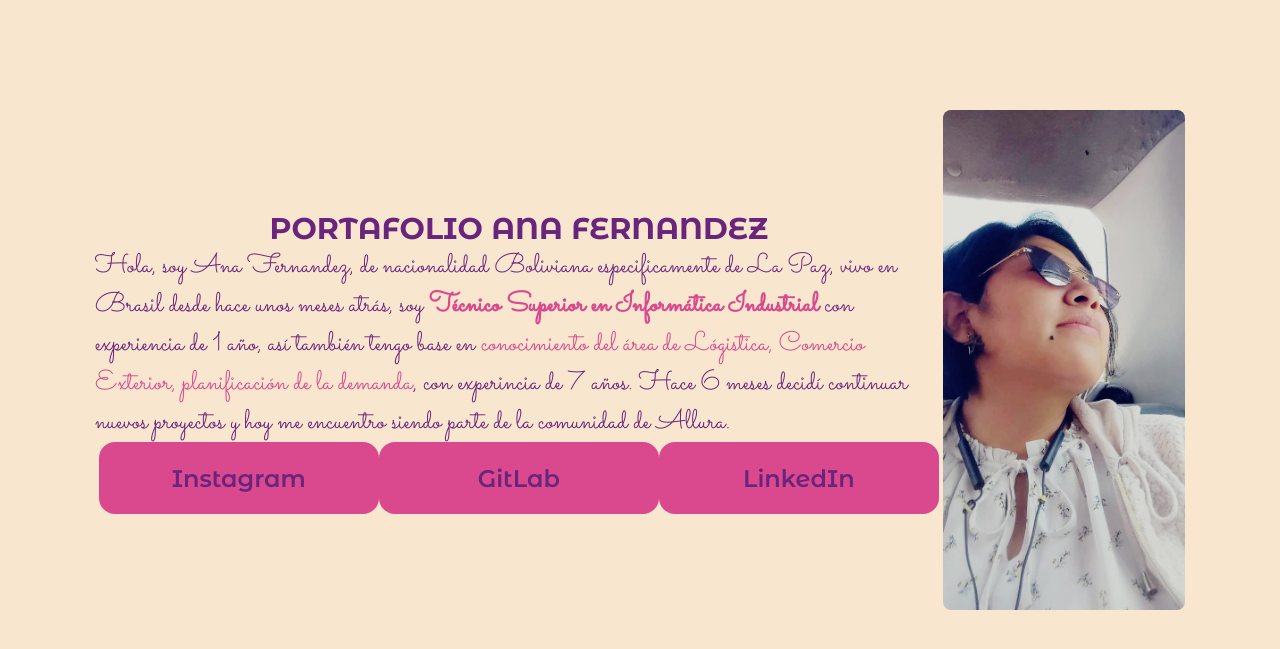
Repository: AnaFzCz/PROYECTOS-HTML---CSS2
Page: Portafolio/index.html
The author's editor kept a copy of each file at every save. The page is drawn from the files as they stood at one save, then again after the next save.
The browser window is 1280 px wide. The pictures show the whole page.

Above is the page before, as saved 2025-01-27 05:39:36.

### Portafolio/index.html
<!DOCTYPE html>
<html lang="en">

<head>
    <meta charset="UTF-8">
    <meta http-equiv="X-UA-Compatible" content="IE=edge">
    <meta name="viewport" content="width=device-width, initial-scale=1.0">
    <title>Portafolio</title>
    <link rel="stylesheet" href="style.css">
</head>

<body>
    <header>

    </header>
    <main class="presentacion">
        <div class="container">
            <h1 class="presentacion_titulo">PORTAFOLIO ANA FERNANDEZ</h1>
            <p class="presentacion_parrafo">Hola, soy Ana Fernandez, de nacionalidad Boliviana especificamente de La
                Paz, vivo en Brasil desde hace
                unos meses atrás, soy <strong class="destacar">Técnico Superior en Informática Industrial</strong> con
                experiencia de 1 año, así también tengo base en <span>conocimiento del área de Lógistica, Comercio
                    Exterior, planificación de la demanda</span>, con experincia de 7 años. Hace 6 meses decidí
                continuar nuevos proyectos y hoy me encuentro siendo parte de la comunidad de Allura.</p>

            <div class="presentacion_links">
                <a class="presentacion_links_link" href="https://instagram.com/anafzcz">Instagram</a>
                <a class="presentacion_links_link" href="https://github.com/AnaFzCz">GitLab</a>
                <a class="presentacion_links_link" href="https://linkedin.com/in/ana-fernandez-cruz-238787124">LinkedIn</a>
            </div>
        </div>
        <img src="mindfullness.jpg" alt="myself" style="width:250px;height: 500px;">
    </main>
    <footer></footer>
</body>

</html>

### Portafolio/style.css
@import url('https://fonts.googleapis.com/css2?family=Montserrat+Alternates:ital,wght@0,100;0,200;0,300;0,400;0,500;0,600;0,700;0,800;0,900;1,100;1,200;1,300;1,400;1,500;1,600;1,700;1,800;1,900&family=Montserrat:ital,wght@0,100..900;1,100..900&family=Sacramento&display=swap');
/*Resetear configuraciones*/
* {
  margin: 0;
  padding: 0;
}

body {
  height: 100vh;
  display: flex;
  box-sizing: border-box;
  justify-content: center;
  align-items: center;
  background-color: #F9E6CF;
  color: #69247C;
  font-family: "Montserrat Alternates", serif;
}

.destacar {
  color: #DA498D;
}

/*contenedor de las columnas*/
.presentacion {
  margin: 10% 15%;
  display: flex;
  align-items: center;
  justify-content: space-between;

}

.container {
  display: flex;
  align-items: center;
  height: 300px;
  weight: 615px;
  flex-direction: column;
  ;
  /* Altura ajustável conforme necessário */
}

.responsivo-container {
  display: flex;
  flex-direction: row;
  flex-wrap: wrap;
}

span {
  color: #DA498D;
}

.presentacion_titulo {
  align-content: center;
  font-size: 30px;
  font-family: "Montserrat Alternates", serif;
}

.presentacion_parrafo {

  font-size: 27px;
  font-family: "Sacramento", serif;
  }

.presentacion_links{
  display: flex;
  justify-content: space-between;
}

.presentacion_links_link{
  background-color:#DA498D;
  width: 280px;
  text-align: center;
  border-radius:16px;
  font-size: 24px;
  font-weight: 600;
  padding: 21.5px 0;
  text-decoration: none;
  color:#69247C;
  font-family: "Montserrat Alternates", serif;
}

/*

a {
  color: #22D4FD;
  border: 1px solid #22D4FD;
  padding: 10px;
  text-align: center;
}
*/

img {
  border-radius: 8px;
  display: block;
  margin-left: auto;
  margin-right: auto;
}

img:hover {
  transform: scaleX(-1);
}

After the next save:
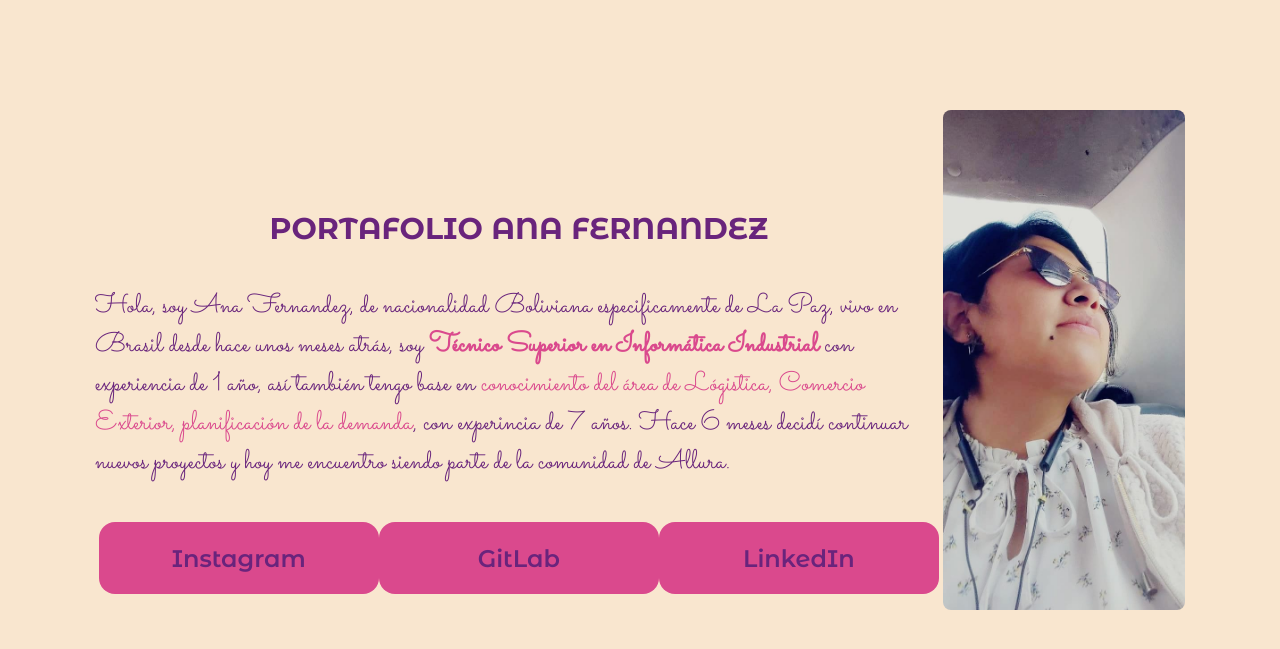
Saved 67 s later.
--- a/Portafolio/style.css
+++ b/Portafolio/style.css
@@ -35,15 +35,10 @@ body {
   height: 300px;
   weight: 615px;
   flex-direction: column;
-  ;
+  gap:40px;
   /* Altura ajustável conforme necessário */
 }
 
-.responsivo-container {
-  display: flex;
-  flex-direction: row;
-  flex-wrap: wrap;
-}
 
 span {
   color: #DA498D;
